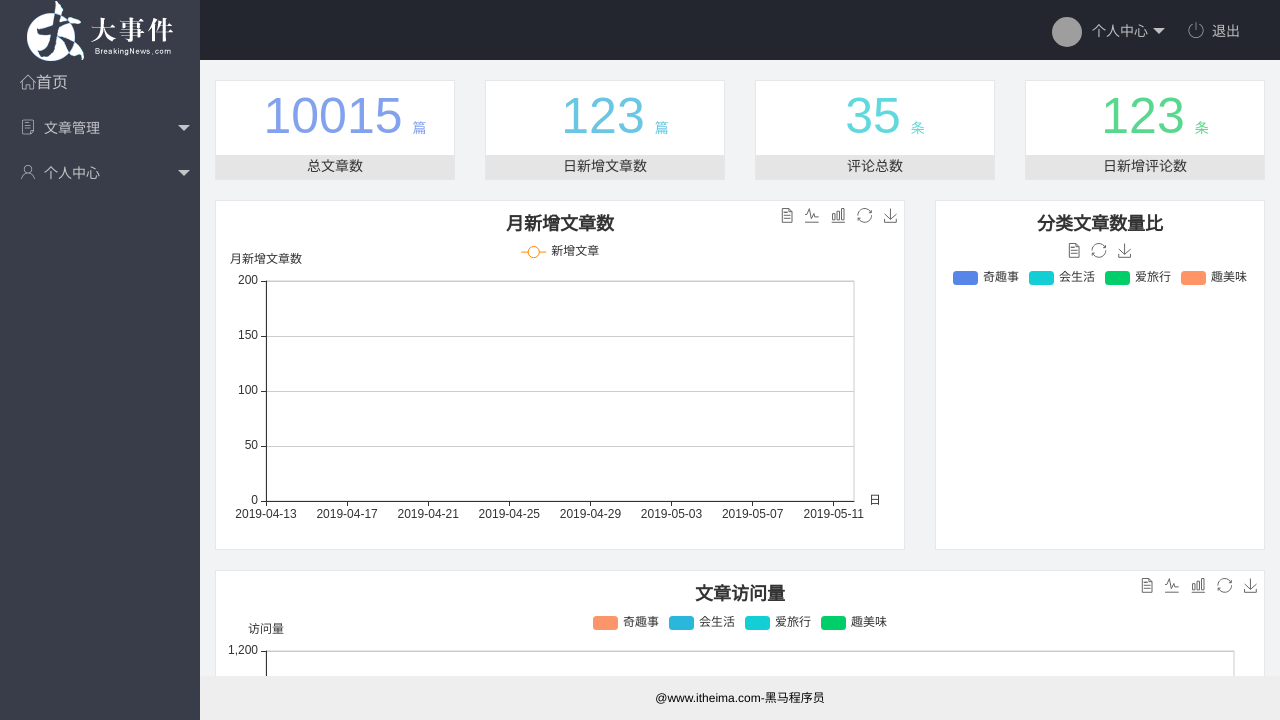
Repository: Janshen111/web_bigevent
Page: index.html
These files come from the project's save history. The page is drawn as it stood at one moment and after the next save; the edit follows.
The browser window is 1280 px wide. The pictures show the whole page.
Pictures or frames that could not be fetched are drawn as grey boxes.

Above is the page before, as saved 2022-08-31 16:05:28.

### index.html
<!DOCTYPE html>
<html lang="en">

<head>
    <meta charset="UTF-8">
    <meta http-equiv="X-UA-Compatible" content="IE=edge">
    <meta name="viewport" content="width=device-width, initial-scale=1.0">
    <title>Document</title>
    <!-- 导入laYui的样式 -->
    <link rel="stylesheet" href="./assets/lib/layui/css/layui.css">
    <!-- 第三方图标样式表 -->
    <link rel="stylesheet" href="./assets/fonts/iconfont.css">
    <!-- 导入自己的样式表 -->
    <link rel="stylesheet" href="./assets/css/index.css">
    <script src=""></script>
</head>

<body>
    <div class="layui-layout layui-layout-admin">
        <div class="layui-header">
            <div class="layui-logo layui-hide-xs layui-bg-black">
                <img src="./assets/images/logo.png" alt="" />
            </div>
            <!-- 头部区域（可配合layui 已有的水平导航） -->
            <dl class="layui-nav-child">
                <dd><a href="">menu 11</a></dd>
                <dd><a href="">menu 22</a></dd>
                <dd><a href="">menu 33</a></dd>
            </dl>
            </li>
            </ul>
            <ul class="layui-nav layui-layout-right">
                <li class="layui-nav-item layui-hide layui-show-md-inline-block">
                    <a href="javascript:;">
                        <img src="//tva1.sinaimg.cn/crop.0.0.118.118.180/5db11ff4gw1e77d3nqrv8j203b03cweg.jpg" class="layui-nav-img">个人中心
                    </a>
                    <dl class="layui-nav-child">
                        <dd><a href="">基本资料</a></dd>
                        <dd><a href="">更换头像</a></dd>
                        <dd><a href="">重置密码</a></dd>
                    </dl>
                </li>
                <li class="layui-nav-item">
                    <a href="javascript:;">
                        <span class="iconfont icon-tuichu"></span>退出
                    </a>
                </li>
            </ul>
        </div>

        <div class="layui-side layui-bg-black">
            <div class="layui-side-scroll">
                <!-- 左侧导航区域（可配合layui已有的垂直导航） -->
                <ul class="layui-nav layui-nav-tree " lay-shrink="all">
                    <li class="layui-nav-item">
                        <a href="./home/dashboard.html" target="fm" class="iconfont icon-home"></span>首页</a>
                    </li>
                    <!-- 默认展开layui-nav-itemed -->
                    <li class="layui-nav-item">
                        <a class="" href="javascript:;"><span class="iconfont icon-16"></span>文章管理</a>
                        <dl class="layui-nav-child">
                            <dd><a href="javascript:;"><i class="layui-icon layui-icon-app"></i>文章类别</a></dd>
                            <dd><a href="javascript:;"><i class="layui-icon layui-icon-app"></i>   文章列表</a></dd>
                            <dd><a href="javascript:;"><i class="layui-icon layui-icon-app"></i>   发布文章</a></dd>
                        </dl>
                    </li>
                    <li class="layui-nav-item">
                        <a href="javascript:;"><span class="iconfont icon-user"></span>个人中心</a>
                        <dl class="layui-nav-child">
                            <dd><a href="javascript:;"><i class="layui-icon layui-icon-app"></i>   基本资料</a></dd>
                            <dd><a href="javascript:;"><i class="layui-icon layui-icon-app"></i>   更换头像</a></dd>
                            <dd><a href="javascript:;"><i class="layui-icon layui-icon-app"></i>   重置密码</a></dd>
                        </dl>
                    </li>
                </ul>
            </div>
        </div>

        <div class="layui-body">
            <!-- 内容主体区域 -->
            <iframe src="/home/dashboard.html" name="fm" frameborder="0"></iframe>
        </div>

        <div class="layui-footer">
            <!-- 底部固定区域 -->
            @www.itheima.com-黑马程序员
        </div>
    </div>
    <!-- 导入laYui的JS文件 -->
    <script src="./assets/lib/layui/layui.all.js"></script>
</body>

</html>

### assets/css/index.css
.layui-footer {
    text-align: center;
    font-size: 12px;
}

.iconfont {
    margin-right: 8px;
}

.layui-icon {
    margin-right: 8px;
    margin-left: 20px;
}

iframe {
    width: 100%;
    height: 100%;
}


/* 解决内部有滚动条及显示不齐全的问题 */

.layui-body {
    overflow: hidden;
}

### home/dashboard.html
<!DOCTYPE html>
<html lang="en">

<head>
  <meta charset="UTF-8">
  <meta name="viewport" content="width=device-width, initial-scale=1.0">
  <meta http-equiv="X-UA-Compatible" content="ie=edge">
  <title>图表统计</title>
  <link rel="stylesheet" href="../assets/lib/bootstrap.css" />
  <link rel="stylesheet" href="../assets/lib/main.css" />
  <script src="../assets/lib/jquery.js"></script>
  <script type="text/javascript" src="../assets/lib/echarts.min.js"></script>
</head>

<body>
  <div class="container-fluid">
    <div class="row spannel_list">
      <div class="col-sm-3 col-xs-6">
        <div class="spannel">
          <em>10015</em><span>篇</span>
          <b>总文章数</b>
        </div>
      </div>
      <div class="col-sm-3 col-xs-6">
        <div class="spannel scolor01">
          <em>123</em><span>篇</span>
          <b>日新增文章数</b>
        </div>
      </div>
      <div class="col-sm-3 col-xs-6">
        <div class="spannel scolor02">
          <em>35</em><span>条</span>
          <b>评论总数</b>
        </div>
      </div>
      <div class="col-sm-3 col-xs-6">
        <div class="spannel scolor03">
          <em>123</em><span>条</span>
          <b>日新增评论数</b>
        </div>
      </div>
    </div>
  </div>

  <div class="container-fluid">
    <div class="row curve-pie">
      <div class="col-lg-8 col-md-8">
        <div class="gragh_pannel" id="curve_show"></div>
      </div>
      <div class="col-lg-4 col-md-4">
        <div class="gragh_pannel" id="pie_show"></div>
      </div>
    </div>
  </div>

  <div class="container-fluid">
    <div class="column_pannel" id="column_show"></div>
  </div>

  <script>
    var oChart = echarts.init(document.getElementById('curve_show'));
    var aList_all = [
      { 'count': 36, 'date': '2019-04-13' },
      { 'count': 52, 'date': '2019-04-14' },
      { 'count': 78, 'date': '2019-04-15' },
      { 'count': 85, 'date': '2019-04-16' },
      { 'count': 65, 'date': '2019-04-17' },
      { 'count': 72, 'date': '2019-04-18' },
      { 'count': 88, 'date': '2019-04-19' },
      { 'count': 64, 'date': '2019-04-20' },
      { 'count': 72, 'date': '2019-04-21' },
      { 'count': 90, 'date': '2019-04-22' },
      { 'count': 96, 'date': '2019-04-23' },
      { 'count': 100, 'date': '2019-04-24' },
      { 'count': 102, 'date': '2019-04-25' },
      { 'count': 110, 'date': '2019-04-26' },
      { 'count': 123, 'date': '2019-04-27' },
      { 'count': 100, 'date': '2019-04-28' },
      { 'count': 132, 'date': '2019-04-29' },
      { 'count': 146, 'date': '2019-04-30' },
      { 'count': 200, 'date': '2019-05-01' },
      { 'count': 180, 'date': '2019-05-02' },
      { 'count': 163, 'date': '2019-05-03' },
      { 'count': 110, 'date': '2019-05-04' },
      { 'count': 80, 'date': '2019-05-05' },
      { 'count': 82, 'date': '2019-05-06' },
      { 'count': 70, 'date': '2019-05-07' },
      { 'count': 65, 'date': '2019-05-08' },
      { 'count': 54, 'date': '2019-05-09' },
      { 'count': 40, 'date': '2019-05-10' },
      { 'count': 45, 'date': '2019-05-11' },
      { 'count': 38, 'date': '2019-05-12' },
    ];

    let aCount = [];
    let aDate = [];

    for (var i = 0; i < aList_all.length; i++) {
      aCount.push(aList_all[i].count);
      aDate.push(aList_all[i].date);
    }

    var chartopt = {
      title: {
        text: '月新增文章数',
        left: 'center',
        top: '10'
      },
      tooltip: {
        trigger: 'axis'
      },
      legend: {
        data: ['新增文章'],
        top: '40'
      },
      toolbox: {
        show: true,
        feature: {
          mark: { show: true },
          dataView: { show: true, readOnly: false },
          magicType: { show: true, type: ['line', 'bar'] },
          restore: { show: true },
          saveAsImage: { show: true }
        }
      },
      calculable: true,
      xAxis: [
        {
          name: '日',
          type: 'category',
          boundaryGap: false,
          data: aDate
        }
      ],
      yAxis: [
        {
          name: '月新增文章数',
          type: 'value'
        }
      ],
      series: [
        {
          name: '新增文章',
          type: 'line',
          smooth: true,
          itemStyle: { normal: { areaStyle: { type: 'default' }, color: '#f80' }, lineStyle: { color: '#f80' } },
          data: aCount
        }],
      areaStyle: {
        normal: {
          color: new echarts.graphic.LinearGradient(0, 0, 0, 1, [{
            offset: 0,
            color: 'rgba(255,136,0,0.39)'
          }, {
            offset: .34,
            color: 'rgba(255,180,0,0.25)'
          }, {
            offset: 1,
            color: 'rgba(255,222,0,0.00)'
          }])

        }
      },
      grid: {
        show: true,
        x: 50,
        x2: 50,
        y: 80,
        height: 220
      }
    };

    oChart.setOption(chartopt);


    var oPie = echarts.init(document.getElementById('pie_show'));
    var oPieopt =
    {
      title: {
        top: 10,
        text: '分类文章数量比',
        x: 'center'
      },
      tooltip: {
        trigger: 'item',
        formatter: "{a} <br/>{b} : {c} ({d}%)"
      },
      color: ['#5885e8', '#13cfd5', '#00ce68', '#ff9565'],
      legend: {
        x: 'center',
        top: 65,
        data: ['奇趣事', '会生活', '爱旅行', '趣美味']
      },
      toolbox: {
        show: true,
        x: 'center',
        top: 35,
        feature: {
          mark: { show: true },
          dataView: { show: true, readOnly: false },
          magicType: {
            show: true,
            type: ['pie', 'funnel'],
            option: {
              funnel: {
                x: '25%',
                width: '50%',
                funnelAlign: 'left',
                max: 1548
              }
            }
          },
          restore: { show: true },
          saveAsImage: { show: true }
        }
      },
      calculable: true,
      series: [
        {
          name: '访问来源',
          type: 'pie',
          radius: ['45%', '60%'],
          center: ['50%', '65%'],
          data: [
            { value: 300, name: '奇趣事' },
            { value: 100, name: '会生活' },
            { value: 260, name: '爱旅行' },
            { value: 180, name: '趣美味' }
          ]
        }
      ]
    };
    oPie.setOption(oPieopt);



    var oColumn = this.echarts.init(document.getElementById('column_show'));
    var oColumnopt =
    {
      title: {
        text: '文章访问量',
        left: 'center',
        top: '10'
      },
      tooltip: {
        trigger: 'axis'
      },
      legend: {
        data: ['奇趣事', '会生活', '爱旅行', '趣美味'],
        top: '40'
      },
      toolbox: {
        show: true,
        feature: {
          mark: { show: true },
          dataView: { show: true, readOnly: false },
          magicType: { show: true, type: ['line', 'bar'] },
          restore: { show: true },
          saveAsImage: { show: true }
        }
      },
      calculable: true,
      xAxis: [
        {
          type: 'category',
          data: ['1月', '2月', '3月', '4月', '5月']
        }
      ],
      yAxis: [
        {
          name: '访问量',
          type: 'value'
        }
      ],
      series: [
        {
          name: '奇趣事',
          type: 'bar',
          barWidth: 20,
          itemStyle: {
            normal: { areaStyle: { type: 'default' }, color: '#fd956a' }
          },
          data: [800, 708, 920, 1090, 1200]
        },
        {
          name: '会生活',
          type: 'bar',
          barWidth: 20,
          itemStyle: {
            normal: { areaStyle: { type: 'default' }, color: '#2bb6db' }
          },
          data: [400, 468, 520, 690, 800]
        },
        {
          name: '爱旅行',
          type: 'bar',
          barWidth: 20,
          itemStyle: {
            normal: { areaStyle: { type: 'default' }, color: '#13cfd5' }
          },
          data: [500, 668, 520, 790, 900]
        },
        {
          name: '趣美味',
          type: 'bar',
          barWidth: 20,
          itemStyle: {
            normal: { areaStyle: { type: 'default' }, color: '#00ce68' }
          },
          data: [600, 508, 720, 890, 1000]
        }
      ],
      grid: {
        show: true,
        x: 50,
        x2: 30,
        y: 80,
        height: 260
      },
      dataZoom: [//给x轴设置滚动条
        {
          start: 0,//默认为0
          end: 100 - 1000 / 31,//默认为100
          type: 'slider',
          show: true,
          xAxisIndex: [0],
          handleSize: 0,//滑动条的 左右2个滑动条的大小
          height: 8,//组件高度
          left: 45, //左边的距离
          right: 50,//右边的距离
          bottom: 26,//右边的距离
          handleColor: '#ddd',//h滑动图标的颜色
          handleStyle: {
            borderColor: "#cacaca",
            borderWidth: "1",
            shadowBlur: 2,
            background: "#ddd",
            shadowColor: "#ddd",
          }
        }]
    };
    oColumn.setOption(oColumnopt);
  </script>
</body>

</html>

Loaded but not shown: assets/lib/layui/css/layui.css (library); assets/fonts/iconfont.css (common file); assets/lib/layui/layui.all.js (library); assets/lib/bootstrap.css (library); assets/lib/main.css (library); assets/lib/jquery.js (library); assets/lib/echarts.min.js (library); assets/lib/layui/css/modules/laydate/default/laydate.css (library); assets/lib/layui/css/modules/layer/default/layer.css (library); assets/lib/layui/css/modules/code.css (common file)

After the next save:
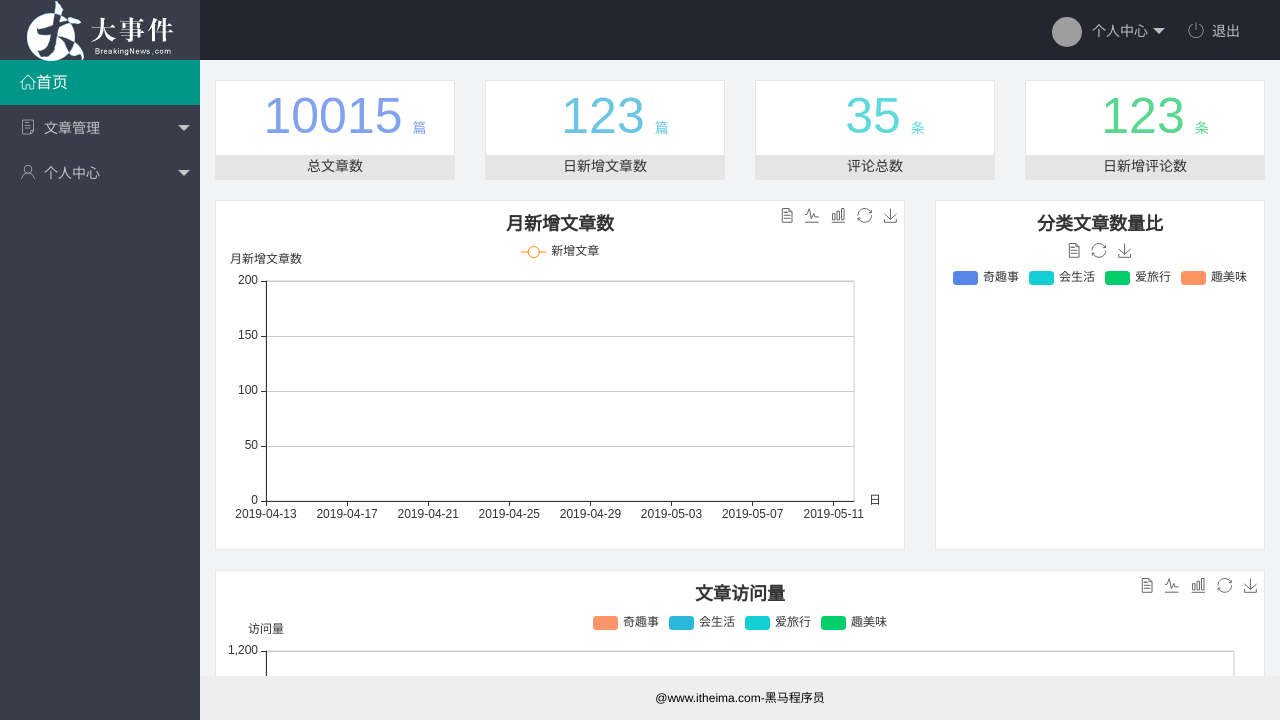
Saved 101 s later.
--- a/index.html
+++ b/index.html
@@ -52,7 +52,7 @@
             <div class="layui-side-scroll">
                 <!-- 左侧导航区域（可配合layui已有的垂直导航） -->
                 <ul class="layui-nav layui-nav-tree " lay-shrink="all">
-                    <li class="layui-nav-item">
+                    <li class="layui-nav-item layui-this">
                         <a href="./home/dashboard.html" target="fm" class="iconfont icon-home"></span>首页</a>
                     </li>
                     <!-- 默认展开layui-nav-itemed -->
